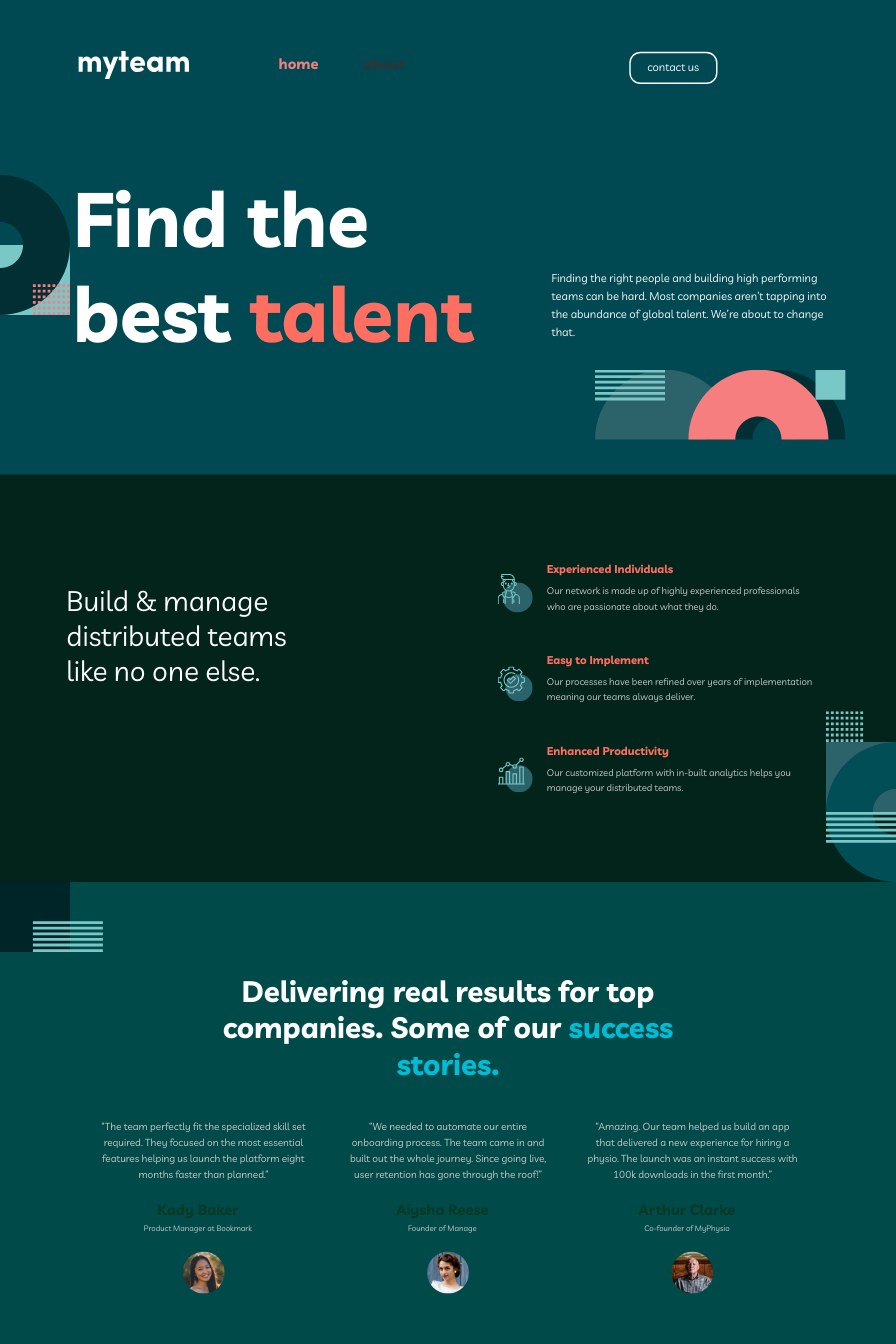
Repository: Gabriel221-dev/Project-page-main
Page: /
The author's editor kept a copy of each file at every save. The page is drawn from the files as they stood at one save, then again after the next save.
The browser window is 1280 px wide. The pictures show the part of the page from y = 0 to 1920 px (the page is 2612 px tall), at 70% of full size.
The project was rebuilt for these pictures with package versions that can differ from the ones it lists, and the page was loaded fresh each time. Also part of the build but not shown: vite.config.js, src/pages/About.css, src/components/DirectorCard.css, src/components/DirectorCard.jsx, src/pages/About.jsx, src/pages/Contact.css, src/pages/Contact.jsx.

Above is the page before, as saved 2024-07-23 18:31:17.

After the next save:
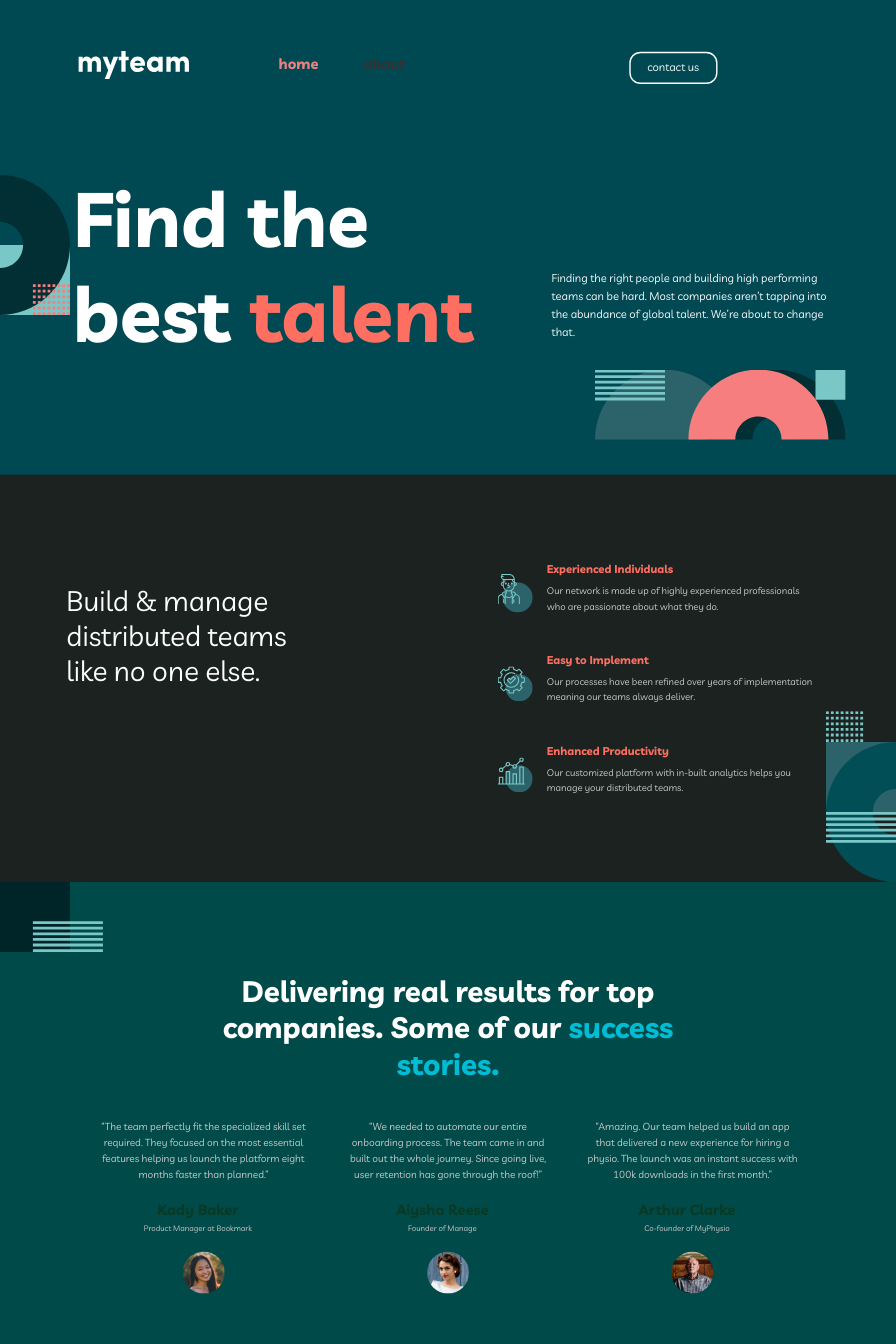
Saved 19 s later.
--- a/src/pages/Home.css
+++ b/src/pages/Home.css
@@ -86,7 +86,7 @@
   }
 
   .build {
-    background-color: #02241a;
+    background-color: #1b2220;
     padding: 50px 0;
     display: flex;
     height: 100%;
